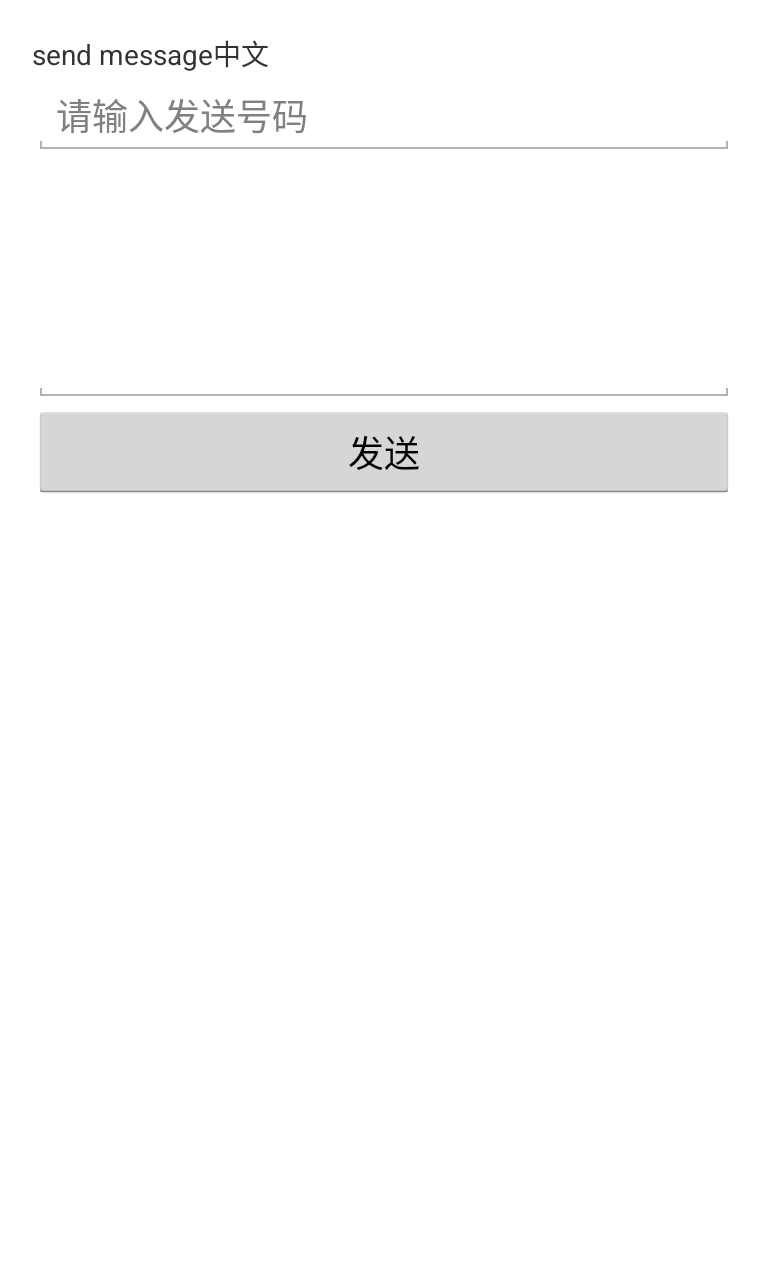
Repository: qwer2714856/Android_learn
Layout: message/res/layout/activity_main.xml
An editor plug-in stored every save of this project. The layout is shown before and after the next save, followed by the edit.
It is drawn on a 768 x 1280 px phone screen (xhdpi) without system bars, with theme AppTheme; the app's code is not run.

Above is the layout before, as saved 2015-09-24 11:57:24.

After the next save:
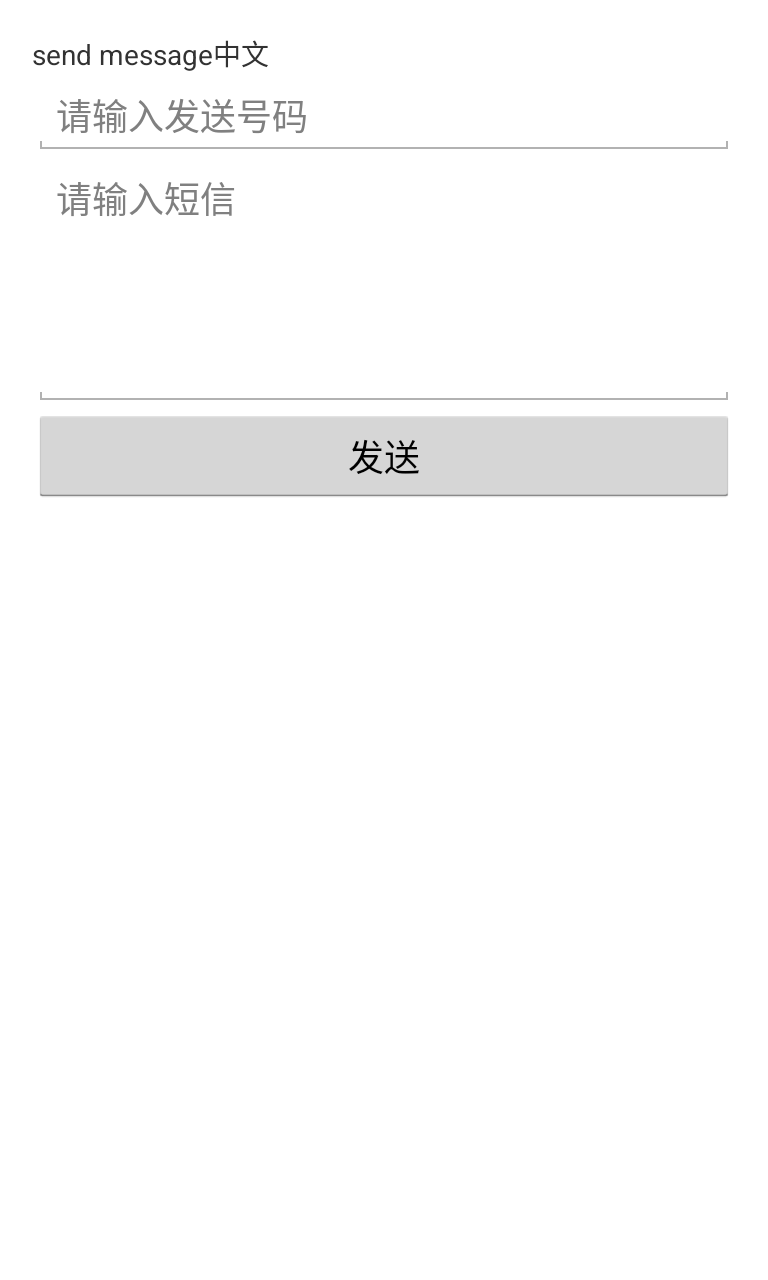
Saved 4 min 27 s later.
--- a/message/res/layout/activity_main.xml
+++ b/message/res/layout/activity_main.xml
@@ -25,6 +25,8 @@
         android:layout_height="wrap_content"
         android:id="@+id/message"
         android:lines="5"
+        android:hint="请输入短信"
+        android:gravity="top"
         />
 
 
